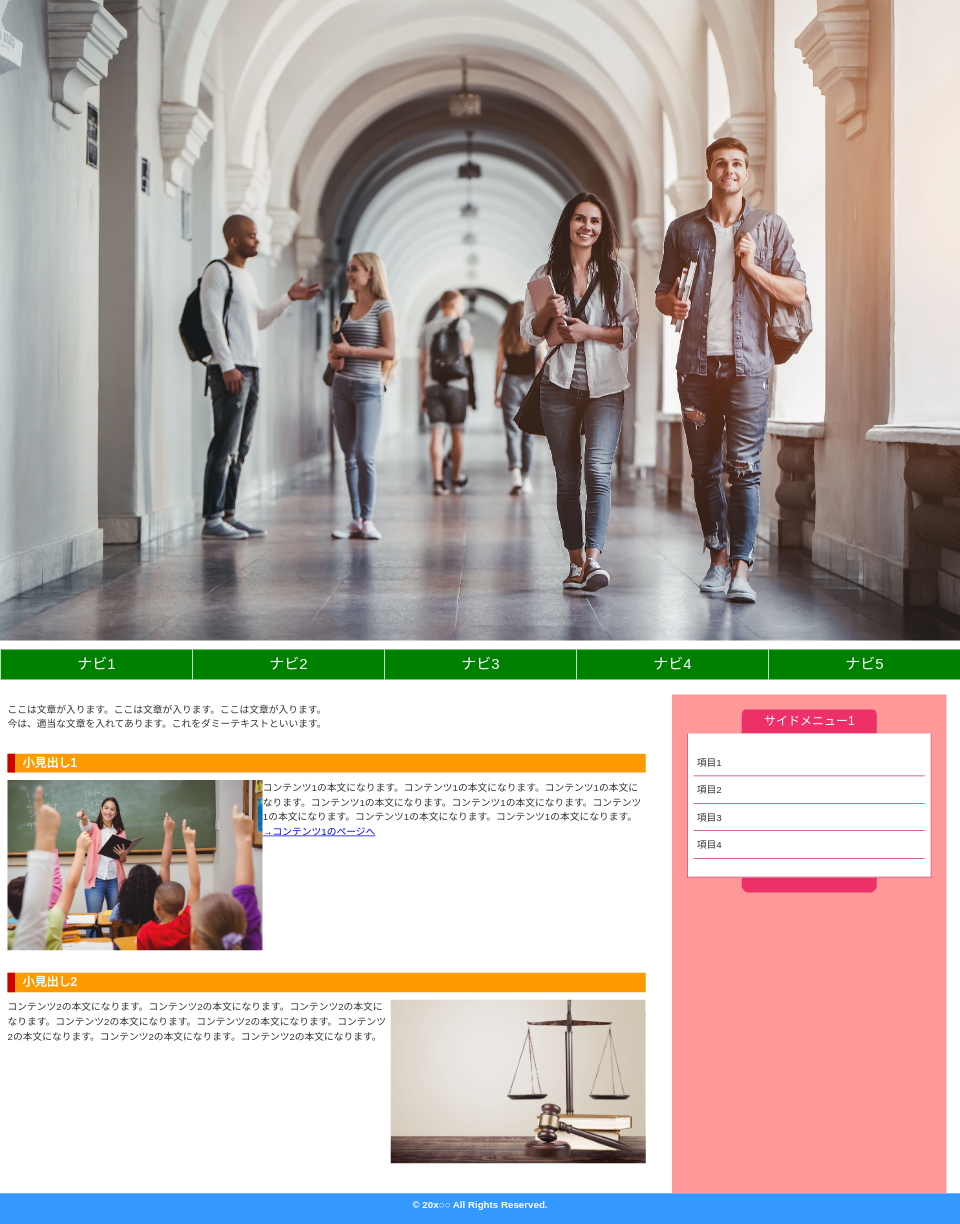
Repository: gorotakeda/samurai_HTML-CSS
Page: home.html
The author's editor kept a record of every edit. The page is drawn from the files as they stood at one moment, then again after the next edit.
The browser window is 1280 px wide. The pictures show the whole page, at 75% of full size.

Above is the page before.

After the next edit:
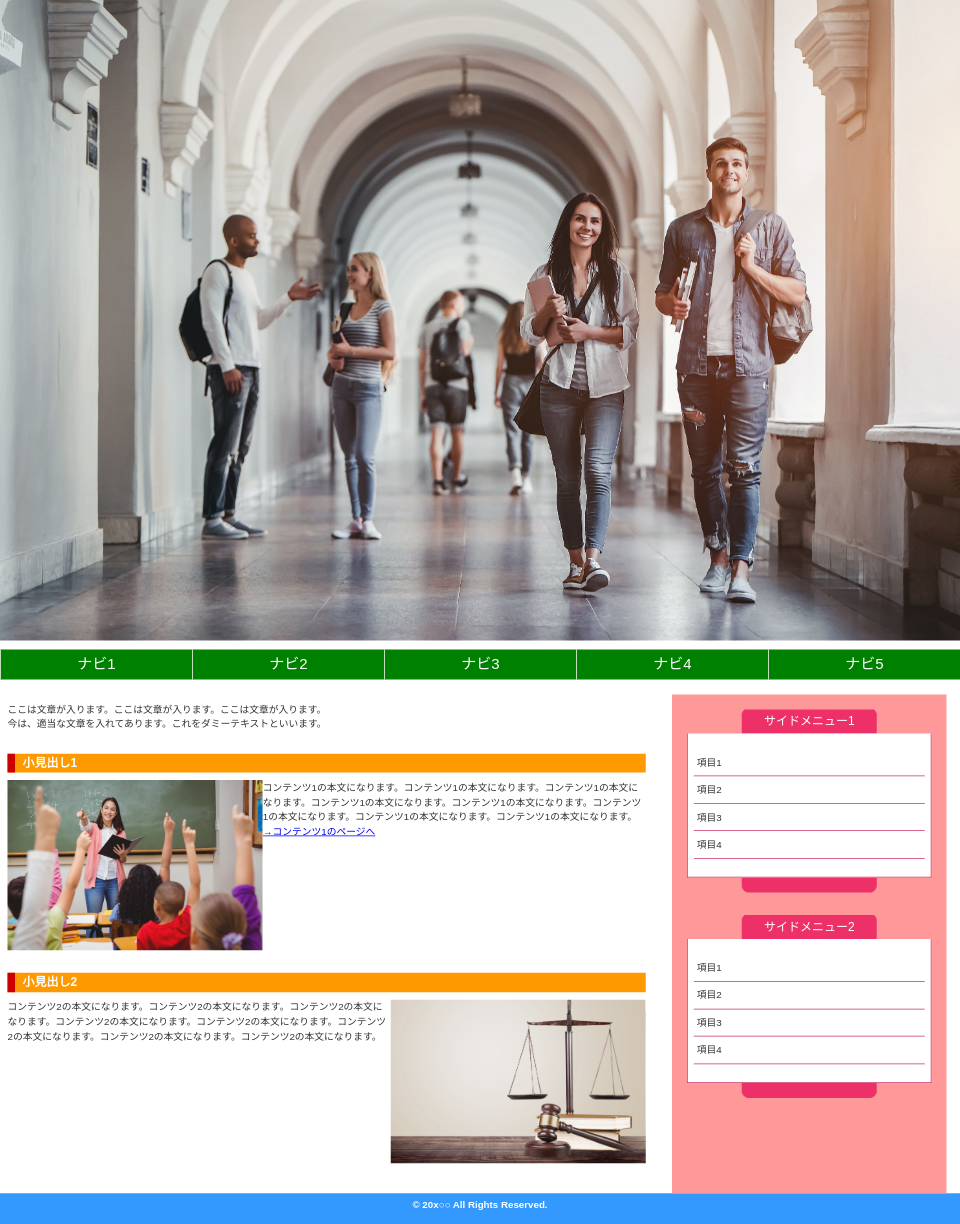
The edit:
--- a/home.html
+++ b/home.html
@@ -50,6 +50,16 @@
                         </ul>
                     </div>
                 </div>
+                <div class="box">
+                        <h2>サイドメニュー2</h2>
+                        <div class="boxBody">
+                            <ul>
+                                <li>項目1</li>
+                                <li>項目2</li>
+                                <li>項目3</li>                                <li>項目4</li>
+                            </ul>
+                    </div>
+                </div>
             </div>
         </div>
     </div>
